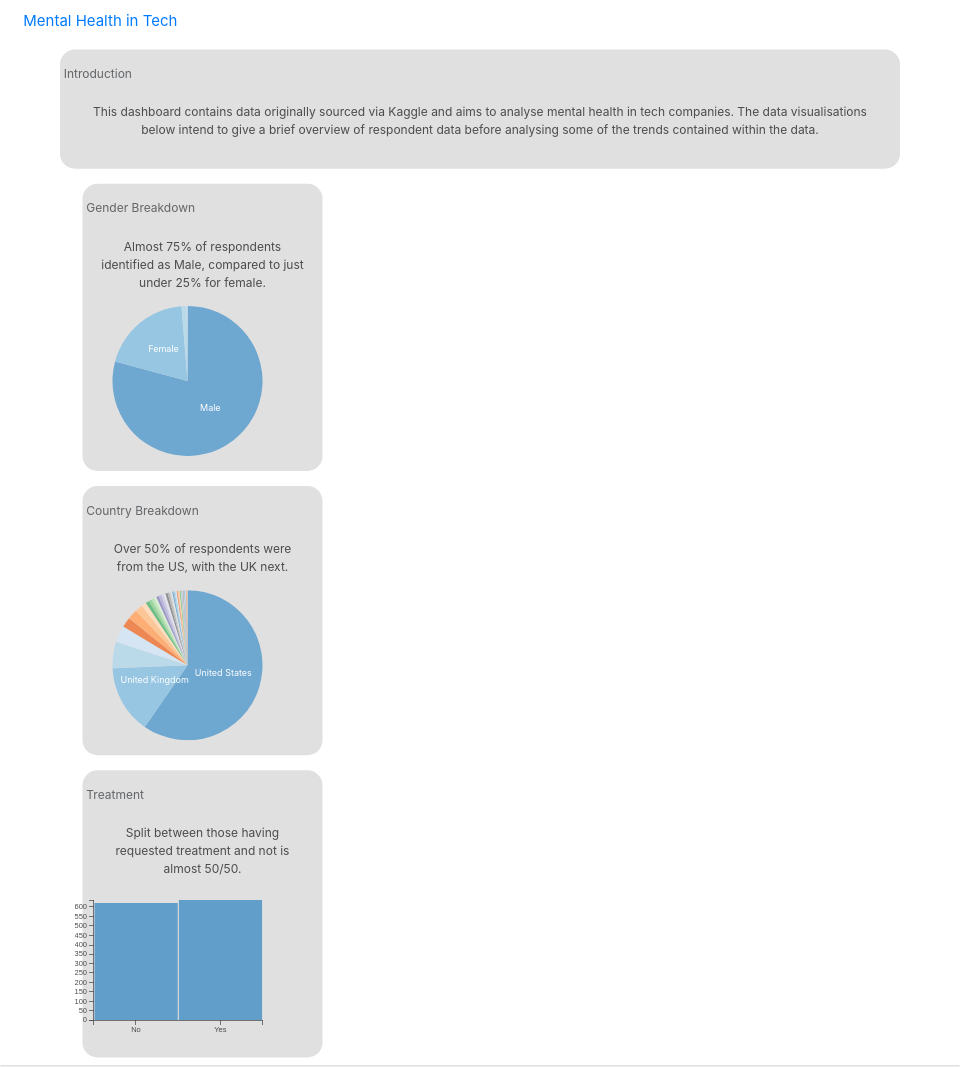
Repository: martingr1/mhdashboard
Page: index.html
The author's editor kept a record of every edit. The page is drawn from the files as they stood at one moment, then again after the next edit.
The browser window is 1280 px wide. The pictures show the whole page, at 75% of full size.
Some web libraries are served in a nearby version.

Above is the page before.

After the next edit:
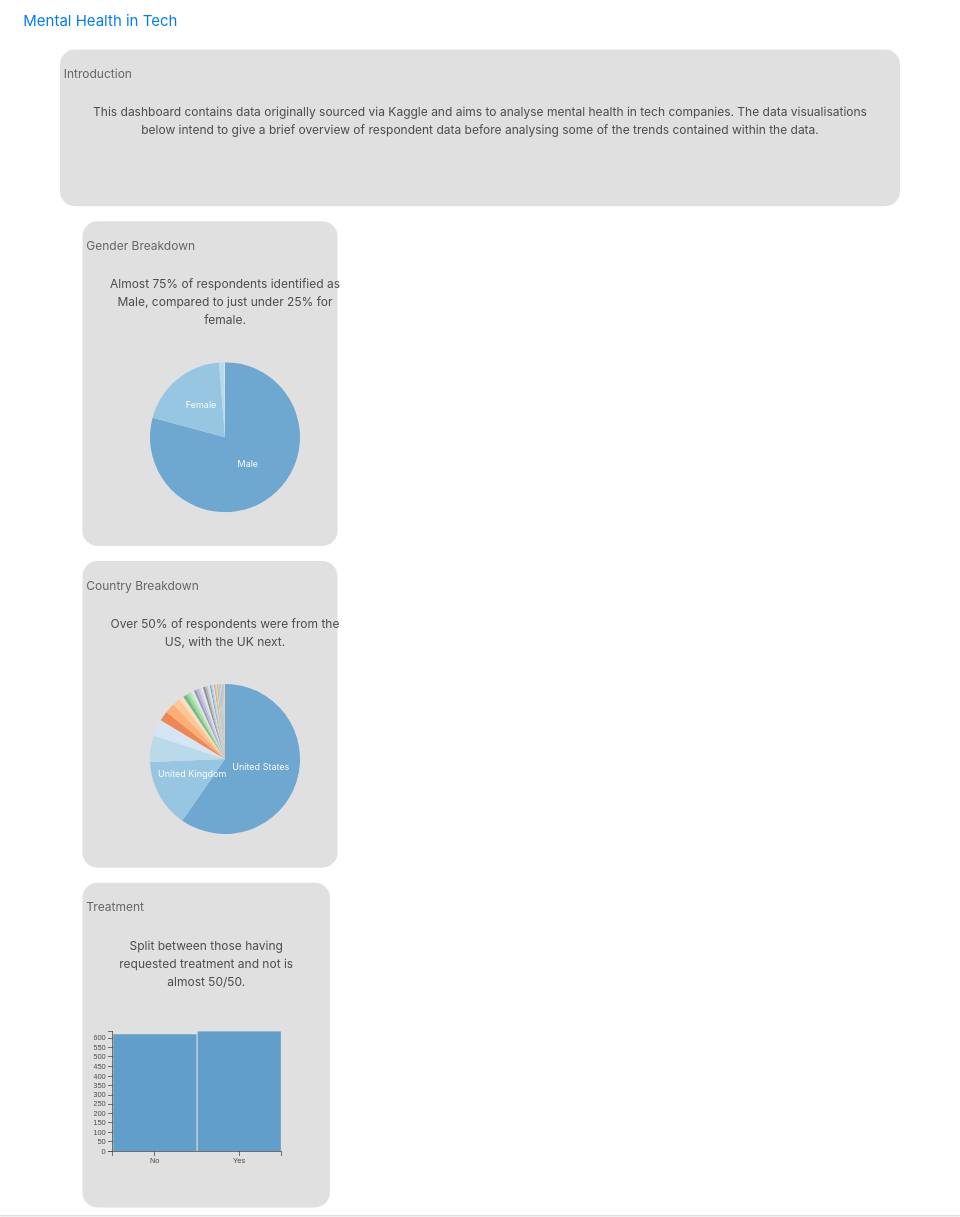
The edit:
--- a/static/css/style.css
+++ b/static/css/style.css
@@ -25,7 +25,10 @@
 }
 
 .chart {
-    margin-right:15px;
+    margin: 0 auto;
+    padding: 25px;
+    display: inline-block;
+
 }
 .chart-text {
 	font-size: medium;
